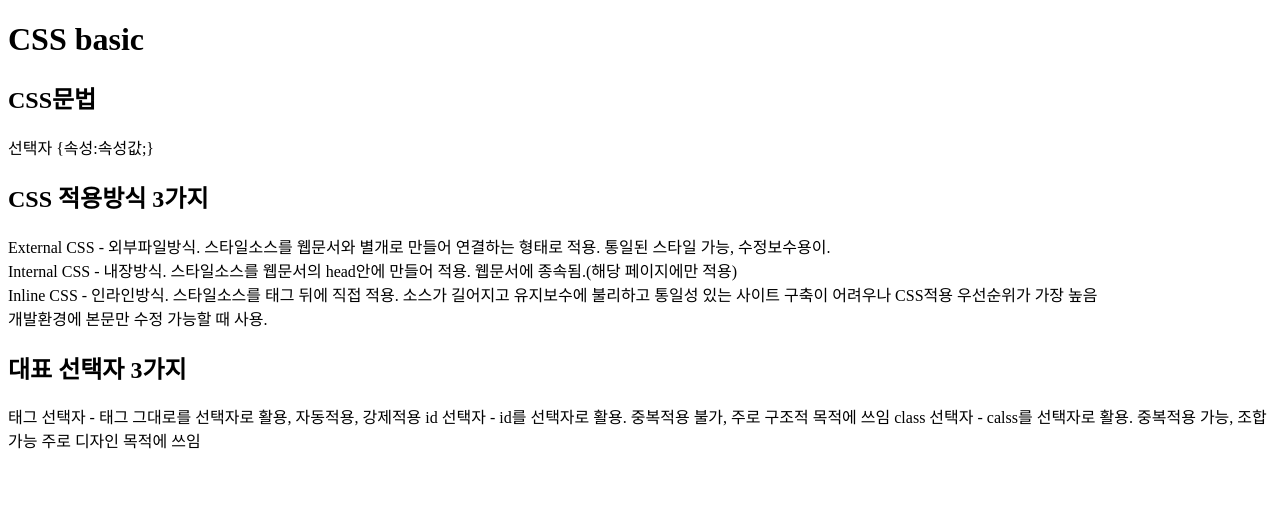
Repository: Git-Seokcoding/WEB
Page: CSS3/src/main/webapp/basic.html
The author's editor kept a copy of each file at every save. The page is drawn from the files as they stood at one save, then again after the next save.
The browser window is 1280 px wide. The pictures show the whole page.

Above is the page before, as saved 2023-10-12 07:40:46.

After the next save:
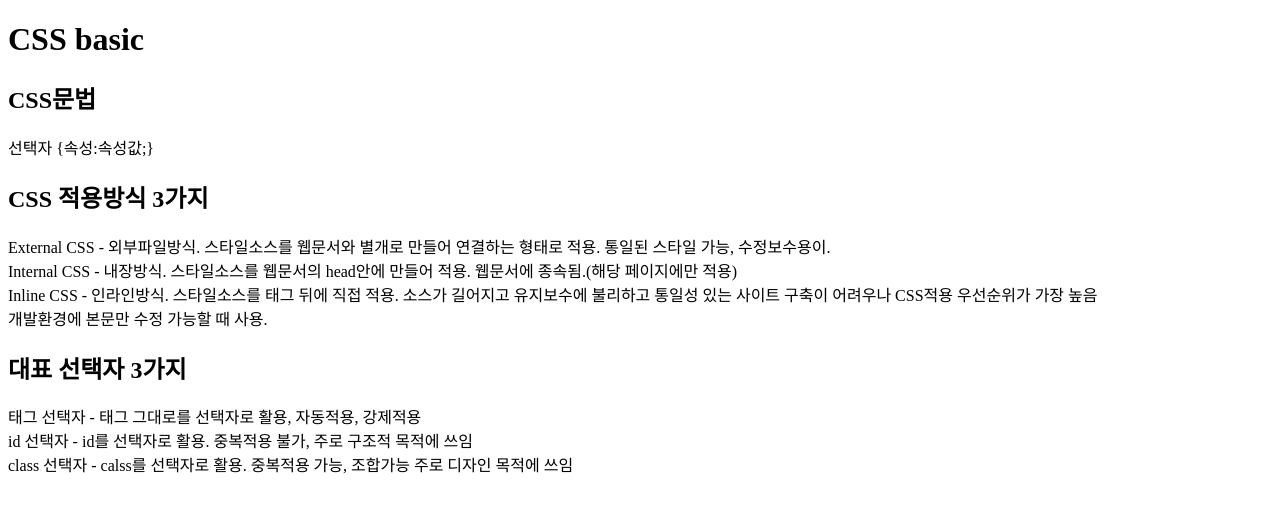
Saved 13 s later.
--- a/CSS3/src/main/webapp/basic.html
+++ b/CSS3/src/main/webapp/basic.html
@@ -16,11 +16,11 @@
 		웹문서에 종속됨.(해당 페이지에만 적용)<br>
 		Inline CSS   - 인라인방식. 스타일소스를 태그 뒤에 직접 적용.
 		소스가 길어지고 유지보수에 불리하고 통일성 있는 사이트 구축이 어려우나 CSS적용 우선순위가 가장 높음<br>
-		개발환경에 본문만 수정 가능할 때 사용.
+		개발환경에 본문만 수정 가능할 때 사용.<br>
 
 	<h2>대표 선택자 3가지</h2>
-	태그 선택자  - 태그 그대로를 선택자로 활용, 자동적용, 강제적용
-	id 선택자 - id를 선택자로 활용. 중복적용 불가, 주로 구조적 목적에 쓰임
-	class 선택자 - calss를 선택자로 활용. 중복적용 가능, 조합가능 주로 디자인 목적에 쓰임
+	태그 선택자  - 태그 그대로를 선택자로 활용, 자동적용, 강제적용<br>
+	id 선택자 - id를 선택자로 활용. 중복적용 불가, 주로 구조적 목적에 쓰임<br>
+	class 선택자 - calss를 선택자로 활용. 중복적용 가능, 조합가능 주로 디자인 목적에 쓰임<br>
 </body>
 </html>
